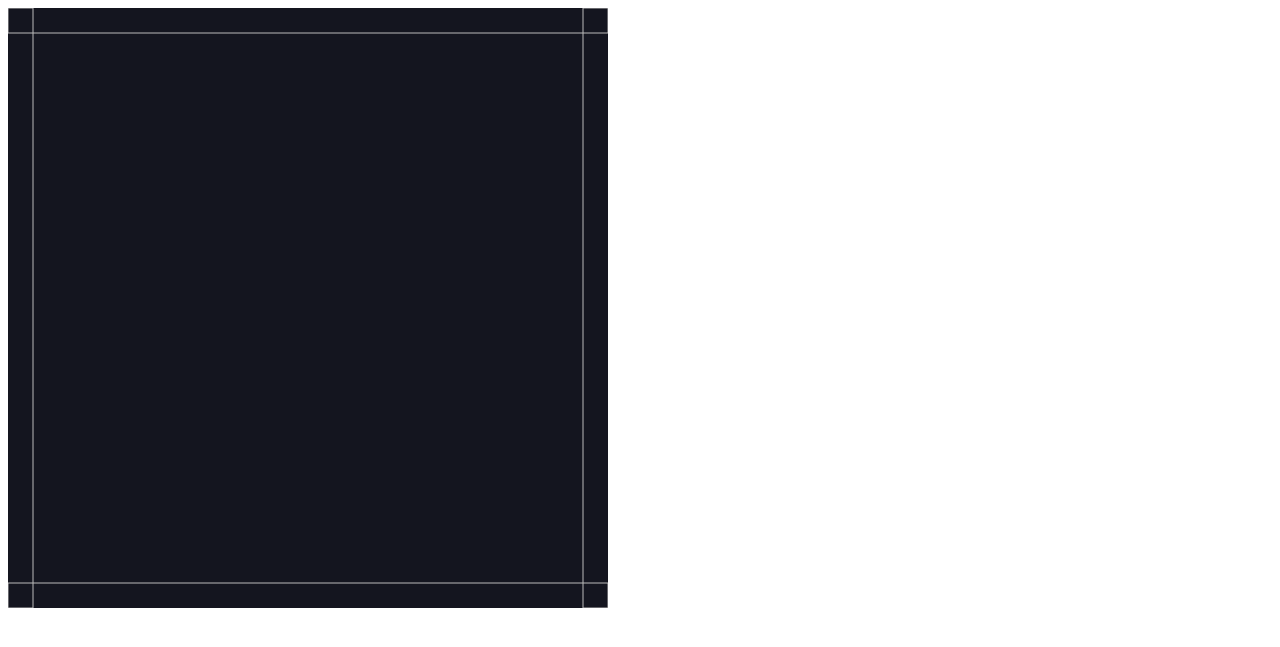
Repository: Sbethm/maze-runner
Page: index.html
An editor plug-in stored every save of this project. The page is shown before and after a run of saves, followed by the edit.
The browser window is 1280 px wide. The pictures show the whole page.
Some web libraries are served in a nearby version.

Above is the page before, as saved 2021-10-05 16:25:00.

After the next 2 saves:
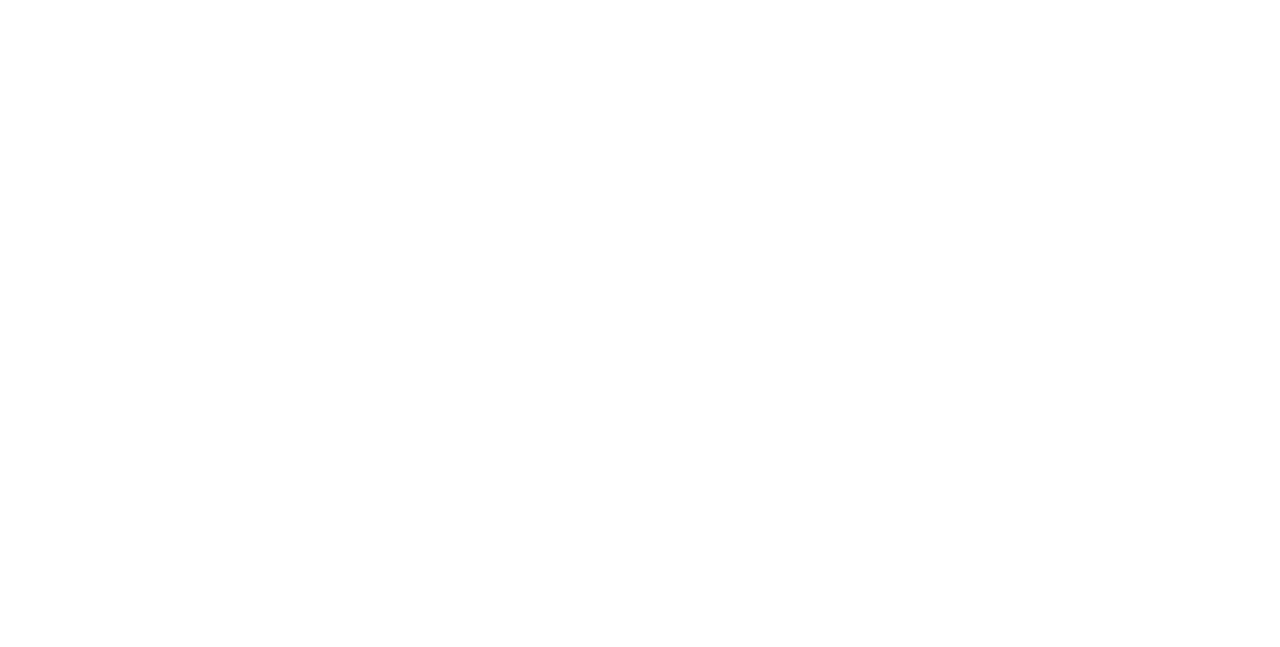
Console error: SyntaxError: Unexpected token '{'
The 2 saves are shown as one change because they came seconds apart.
The last was saved 10 s later.
--- a/app.js
+++ b/app.js
@@ -131,6 +131,8 @@
     //remove wall from either horizontals or verticals
       if(direction === 'right' || direction === 'left') {
         verticals[row][column] = true;
+      } else if {
+        verticals[row][column] = true;
       }
     }
 }

After the 3 saves that followed:
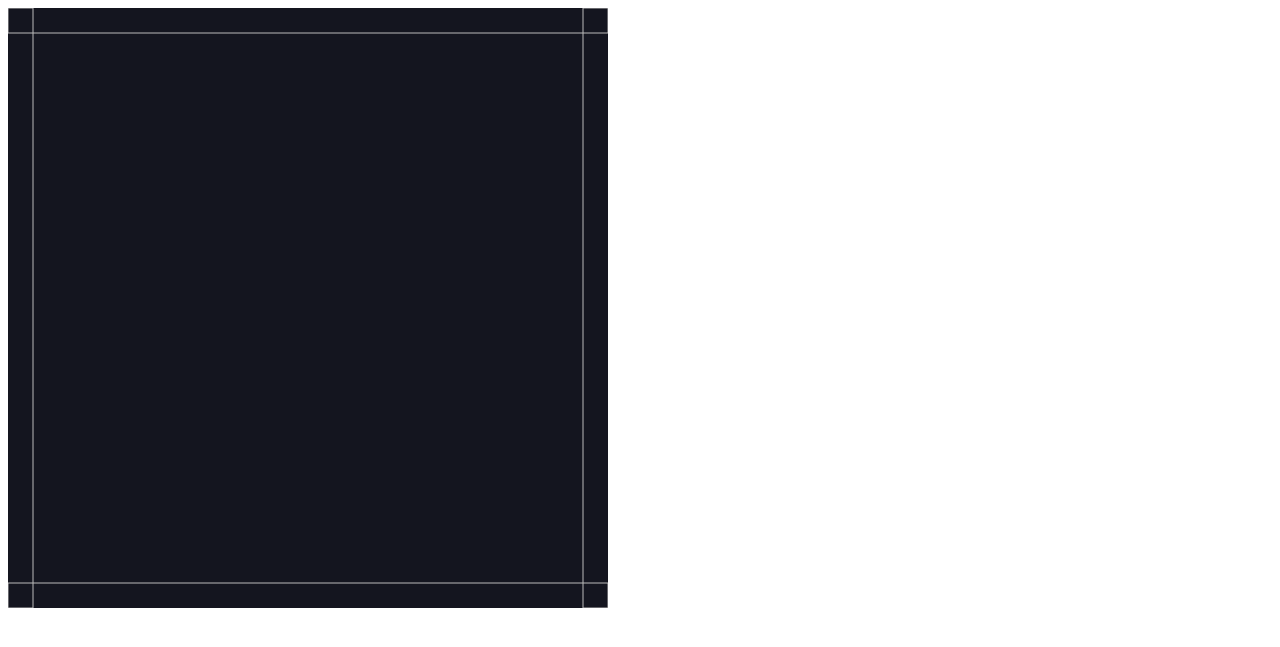
The error is gone.
The 3 saves are shown as one change because 1 left the picture as it was and some came seconds apart.
The last was saved 14 s later.
--- a/app.js
+++ b/app.js
@@ -129,9 +129,9 @@
             continue;
         }
     //remove wall from either horizontals or verticals
-      if(direction === 'right' || direction === 'left') {
+      if(direction === 'right') {
         verticals[row][column] = true;
-      } else if {
+      } else if (direction === 'left') {
         verticals[row][column] = true;
       }
     }
